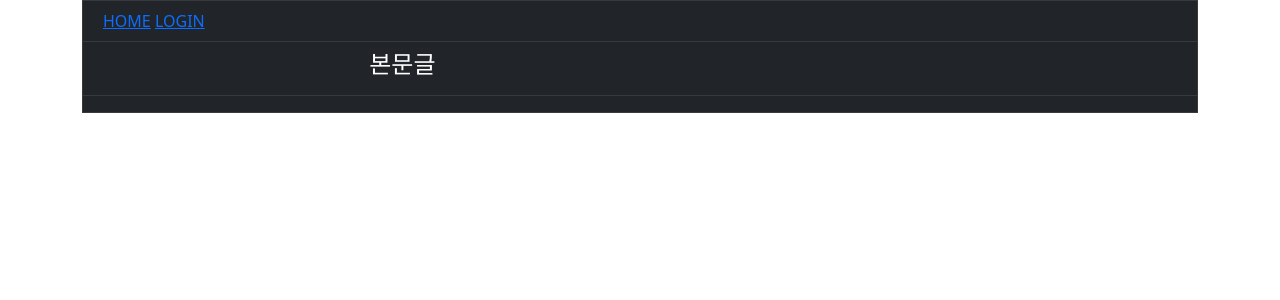
Repository: yeobleeme/06_jsp_basic
Page: http://localhost/jsp01_basic/jsp06_action/jsp02_layout.jsp
An editor plug-in stored every save of this project. The page is shown before and after the next save, followed by the edit.
The browser window is 1280 px wide. The pictures show the whole page.
The page is served by Tomcat 9.

Above is the page before, as saved 2023-05-11 05:46:39.

After the next save:
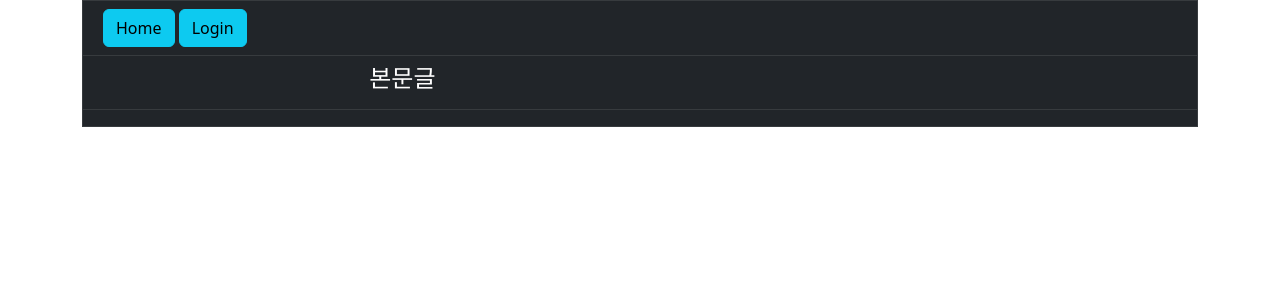
Saved 20 s later.
--- a/jsp01_basic/WebContent/jsp06_action/layout/top.jsp
+++ b/jsp01_basic/WebContent/jsp06_action/layout/top.jsp
@@ -1,5 +1,5 @@
 <%@page language="java" contentType="text/html; charset=UTF-8" pageEncoding="UTF-8"%>
 <div class="container">
-	<a href="../home.jsp">HOME</a>
-	<a href="../login.jsp">LOGIN</a>
+	<a href="../home.jsp" class="btn btn-info">Home</a>
+	<a href="../login.jsp" class="btn btn-info">Login</a>
 </div>
